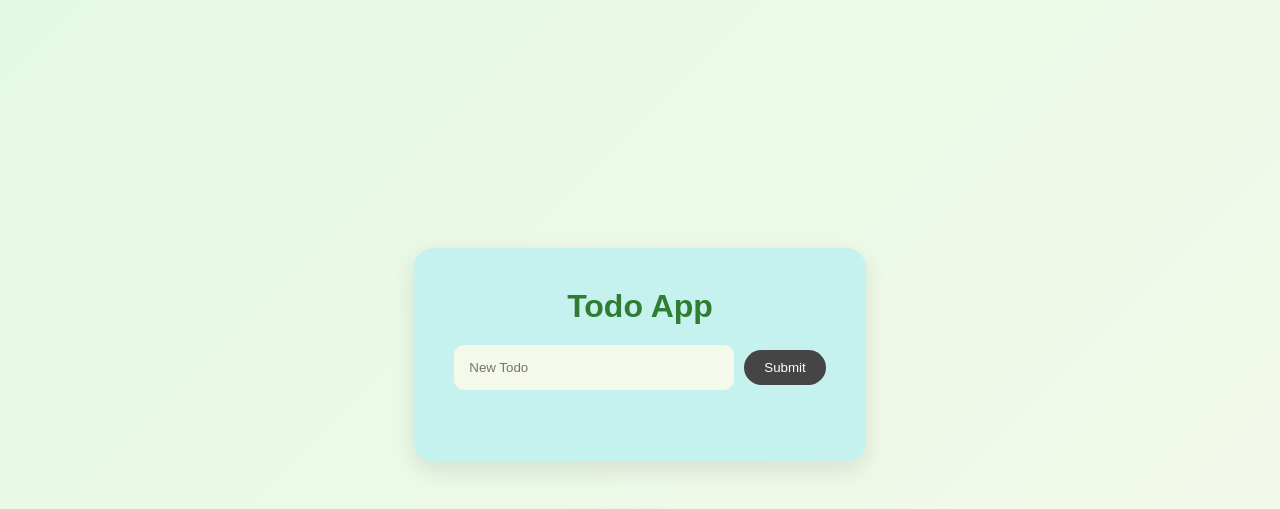
Repository: Subhadeep2609/Todo_React
Page: /
An editor plug-in stored every save of this project. The page is shown before and after the next save, followed by the edit.
The browser window is 1280 px wide. The pictures show the whole page.
The pointer rests on the first visible `.heading`.
The project was rebuilt for these pictures with package versions that can differ from the ones it lists, and the page was loaded fresh each time. Also part of the build but not shown: vite.config.js.

Above is the page before, as saved 2025-09-04 13:49:39.

### src/index.css
/* Reset */
* {
  padding: 0;
  margin: 0;
  box-sizing: border-box;
}

body {
  background: linear-gradient(135deg, #e4f9e4, #f5f9eb);
  height: 100vh;
  display: flex;
  justify-content: center;
  align-items: center;
  font-family: "Poppins", sans-serif;
}
.heading{
  /* font-size:20px; */
  text-align: center;
  margin-bottom: 20px;
  color:#2e7d32;
}
.heading:hover{
  color:#2e7d32
}
/* Container */
.container {
  background: #c5f1ee;
  padding: 40px;
  border-radius: 20px;
  box-shadow: 0 8px 25px rgba(0, 0, 0, 0.1);
  min-width: 400px;
  transition: transform 0.3s ease;
}

.container:hover {
  transform: translateY(-5px);
}

/* Input */
input {
  padding: 15px;
  border: none;
  outline: none;
  background: #f5f9eb;
  width: 280px;
  margin-right: 10px;
  border-radius: 10px;
  transition: box-shadow 0.3s ease;
}

input:focus {
  box-shadow: 0 0 8px rgba(0, 150, 136, 0.4);
}

/* Button */
button {
  border-radius: 100px;
  background: #454545;
  padding: 10px 20px;
  outline: none;
  border: none;
  color: #fff;
  cursor: pointer;
  font-weight: 500;
  transition: all 0.3s ease;
}

button:hover {
  background: #2e7d32;
  transform: scale(1.05);
}

/* Todos List */
.todos-list {
  margin-top: 2rem;
  animation: fadeIn 0.6s ease-in-out;
}

/* Todo Item */
.todo {
  list-style: none;
  display: flex;
  justify-content: space-between;
  align-items: center;
  background: #f5f9eb;
  padding: 12px 20px;
  margin: 10px 0;
  border-radius: 12px;
  box-shadow: 0 4px 12px rgba(0, 0, 0, 0.05);
  animation: slideIn 0.4s ease forwards;
  opacity: 0;
}

/* Appear animation */
@keyframes slideIn {
  from {
    transform: translateY(15px);
    opacity: 0;
  }
  to {
    transform: translateY(0);
    opacity: 1;
  }
}

/* Fade in */
@keyframes fadeIn {
  from {
    opacity: 0;
  }
  to {
    opacity: 1;
  }
}

/* Close button */
.close {
  padding: 6px 12px;
  cursor: pointer;
  border-radius: 50%;
  background: #ff5252;
  color: white;
  border: none;
  transition: all 0.3s ease;
}

.close:hover {
  background: #d32f2f;
  transform: rotate(90deg);
}

### src/App.jsx
import Todo from "./components/Todo"


function App() {


  return (
    <div>
      <Todo/>
    </div>
  )
}

export default App

### src/components/Todo.jsx
import { useState } from "react";
import "../index.css";

const Todo = () => {
  const [todos, setTodos] = useState([]);
  const [input, setInput] = useState("");

  const handleSubmit = () => {
    if (!input.trim()) return; // prevent empty todo

    setTodos((prev) => [
      ...prev,
      { text: input, id: Date.now() }, // unique id
    ]);
    setInput("");
  };

  const removeTodo = (id) =>
    setTodos((prev) => prev.filter((t) => t.id !== id));

  const handleKeyDown = (e) => {
    if (e.key === "Enter") handleSubmit();
  };

  return (

    <div className="container">
        <h1 className="heading">Todo App</h1>
      <input
        type="text"
        placeholder="New Todo"
        value={input}
        onChange={(e) => setInput(e.target.value)}
        onKeyDown={handleKeyDown}
      />

      <button type="button" onClick={handleSubmit}>
        Submit
      </button>

      <ul className="todos-list">
        {todos.map(({ text, id }) => (
          <li className="todo" key={id}>
            <span>{text}</span>
            <button
              type="button"
              className="close"
              onClick={() => removeTodo(id)}
            >
              X
            </button>
          </li>
        ))}
      </ul>
    </div>
  );
};

export default Todo;

Loaded but not shown: index.html (common file); src/main.jsx (common file)

After the next save:
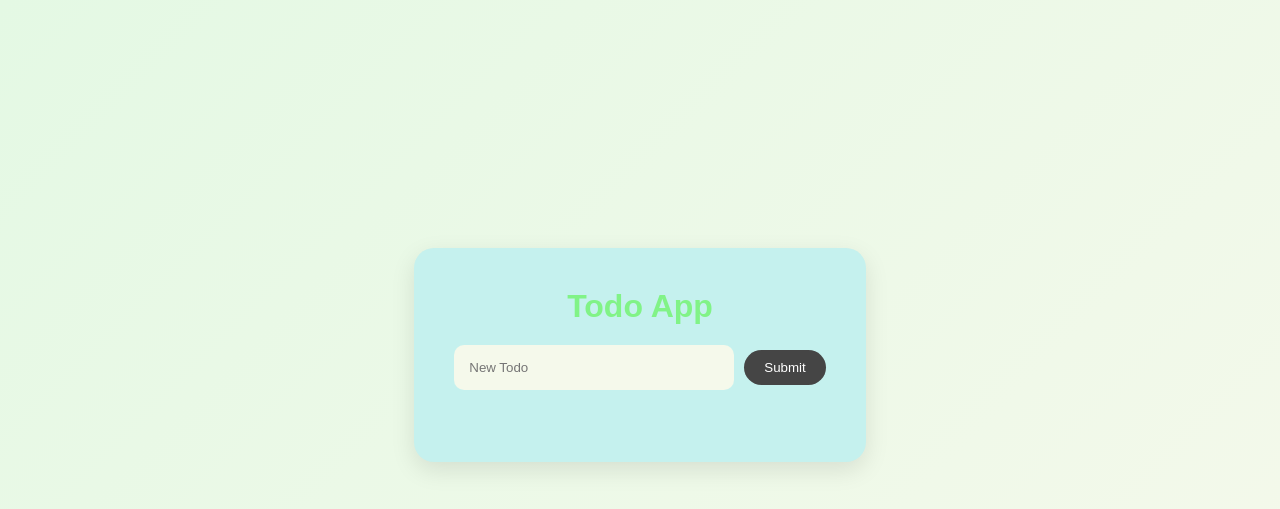
Saved 4 s later.
--- a/src/index.css
+++ b/src/index.css
@@ -20,7 +20,7 @@ body {
   color:#2e7d32;
 }
 .heading:hover{
-  color:#2e7d32
+  color:#81f387
 }
 /* Container */
 .container {
